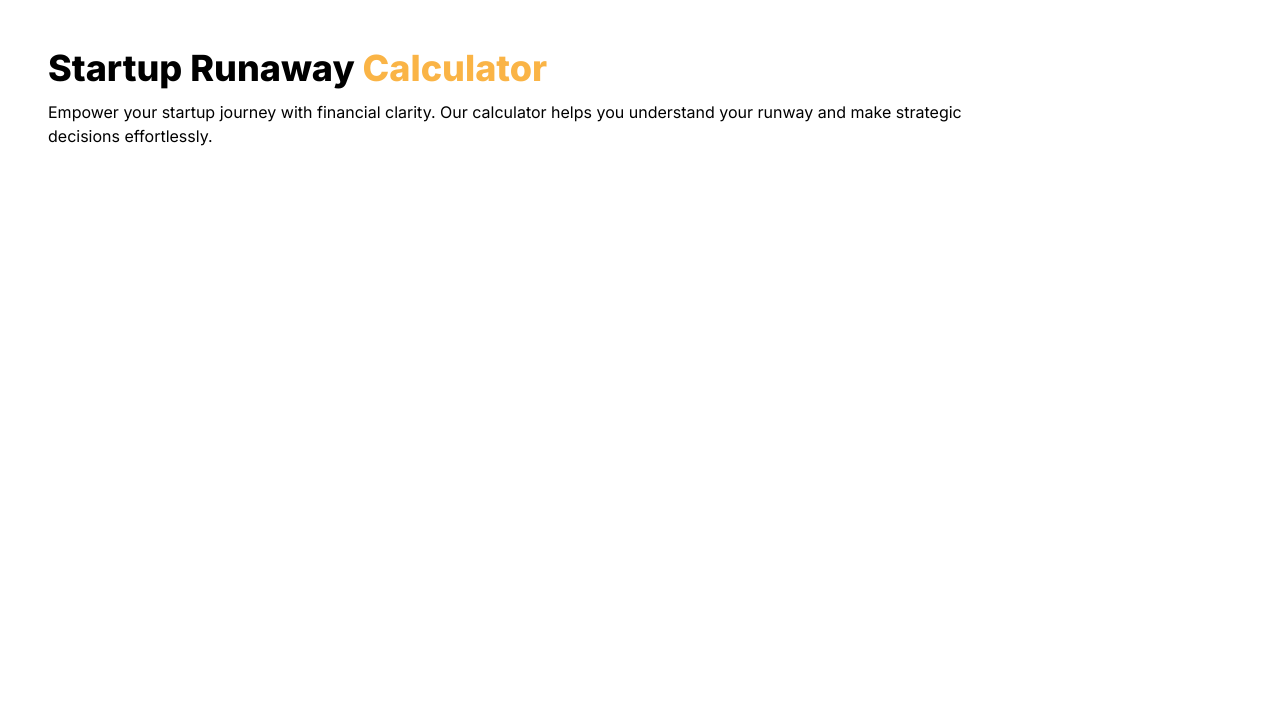
Repository: wossenF/startup-runaway-calculator
Page: /
An editor plug-in stored every save of this project. The page is shown before and after a run of saves, followed by the edit.
The browser window is 1280 px wide. The pictures show the whole page.
The project was rebuilt for these pictures with package versions that can differ from the ones it lists, and the page was loaded fresh each time. The framework's server and built-in components were replaced by stand-ins that run in the browser. Also part of the build but not shown: next.config.mjs.

Above is the page before, as saved 2024-04-11 22:53:00.

### src/app/page.tsx
"use client"
import UserInput from "../components/UserInput";
import { useState } from "react";

export default function Home() {

  return (
    <main className=" w-3/4 m-12">
      <h1 className="font-extrabold text-4xl">Startup Runaway <span className="text-[#FAB446]">Calculator</span></h1>
      <p className="mx-auto max-w-screen-md lg:max-w-screen-lg xl:max-w-screen-xl p-3 pl-0">Empower your startup journey with financial clarity. Our calculator  helps you understand your runway and make strategic decisions  effortlessly.</p>

    </main>
  );
}

### tailwind.config.ts
import type { Config } from "tailwindcss"

const config = {
  darkMode: ["class"],
  content: [
    './pages/**/*.{ts,tsx}',
    './components/**/*.{ts,tsx}',
    './app/**/*.{ts,tsx}',
    './src/**/*.{ts,tsx}',
	],
  prefix: "",
  theme: {
    container: {
      center: true,
      padding: "2rem",
      screens: {
        "2xl": "1400px",
      },
    },
    extend: {
      colors: {

        darkblue:"#13213C",
        yellow: "#FAB446",
        border: "hsl(var(--border))",
        input: "hsl(var(--input))",
        ring: "hsl(var(--ring))",
        background: "hsl(var(--background))",
        foreground: "hsl(var(--foreground))",
        primary: {
          DEFAULT: "hsl(var(--primary))",
          foreground: "hsl(var(--primary-foreground))",
        },
        secondary: {
          DEFAULT: "hsl(var(--secondary))",
          foreground: "hsl(var(--secondary-foreground))",
        },
        destructive: {
          DEFAULT: "hsl(var(--destructive))",
          foreground: "hsl(var(--destructive-foreground))",
        },
        muted: {
          DEFAULT: "hsl(var(--muted))",
          foreground: "hsl(var(--muted-foreground))",
        },
        accent: {
          DEFAULT: "hsl(var(--accent))",
          foreground: "hsl(var(--accent-foreground))",
        },
        popover: {
          DEFAULT: "hsl(var(--popover))",
          foreground: "hsl(var(--popover-foreground))",
        },
        card: {
          DEFAULT: "hsl(var(--card))",
          foreground: "hsl(var(--card-foreground))",
        },
      },
      borderRadius: {
        lg: "var(--radius)",
        md: "calc(var(--radius) - 2px)",
        sm: "calc(var(--radius) - 4px)",
      },
      keyframes: {
        "accordion-down": {
          from: { height: "0" },
          to: { height: "var(--radix-accordion-content-height)" },
        },
        "accordion-up": {
          from: { height: "var(--radix-accordion-content-height)" },
          to: { height: "0" },
        },
      },
      animation: {
        "accordion-down": "accordion-down 0.2s ease-out",
        "accordion-up": "accordion-up 0.2s ease-out",
      },
    },
  },
  plugins: [require("tailwindcss-animate"),require('flowbite/plugin')({
    charts: true,
}),
],

} satisfies Config

export default config

### src/components/UserInput.tsx
import React, { MouseEvent, useState } from "react";
import { Input } from "./ui/input";
import { Label } from "./ui/label";
import { ChevronDown } from "lucide-react";
import Result from './Result';
import {Button} from './ui/button'

const UserInput = () => {
  const inputData={
    initialCashBalance: 0,
    payRoll: 0,
    nonPayRoll: 0,
    monthlyIncome: 0,
    monthlyGrowthRate: 0,
    cogsPercentage: 0,
    fundraisingTimeline: 0,
    fundraisingAmount: 0,
    monthlyCompensation: 0,
    newHiresTimeline: 0,
    nonPayrollReduction: 0,
    nonPayrollReductionTimeline: 0

  }
  const [formData,setFormData]=useState(inputData);
  const [showCostOfGoodsSold, setShowCostOfGoodsSold] = useState(false);
  const [showFundraising, setShowFundraising] = useState(false);
  const [showHiring, setShowHiring] = useState(false);
  const [showExpenseReduction, setShowExpenseReduction] = useState(false);

  const handleInputClick = (event: MouseEvent) => {
    event.stopPropagation();
  };
  const calculate = "Calculate Runaway"
  const back = "Back to Calculator"
  const [isClicked, setIsClicked] = useState(false)
  const handleOnclick = () => {
    setIsClicked((prev) => (!prev))
  }

  return (
    <>
      <div className="grid grid-cols-1 lg:grid-cols-2 gap-10 pb-5">
        <div className="bg-secondary/50 rounded-lg p-7">
          <form className="grid gap-2">
            <Label className="font-medium text-xl">Cash Balance</Label>
            <p className="text-gray-500 text-sm">
              Current amount of cash available
            </p>
            <Input
              type="number"
              name="name"
              placeholder="Enter value"
              onChange={(e) => setFormData({...formData,initialCashBalance:parseInt(e.currentTarget.value) || 0})}
            />
            <span></span>
          </form>
        </div>

        <div className="bg-secondary/50 rounded-lg p-7 grid gap-2">
          <Label className="font-medium text-xl">Monthly Expenses</Label>
          <div className="grid grid-cols-2 gap-3 pt-1">
            <div>
              <form className="grid gap-2">
                <Label className="">Payroll</Label>
                <p className="text-gray-500 text-sm">
                  monthly payroll salaries and contractor payments
                </p>
                <Input
                  type="number"
                  name="name"
                  placeholder="Enter value"
                  onChange={(e) => setFormData({...formData,payRoll:parseInt(e.currentTarget.value) || 0})}
                />
              </form>
            </div>
            <div>
              <form className="grid gap-2">
                <Label className="">NonPayroll</Label>
                <p className="text-gray-500 text-sm">
                  expenses like marketing, travel, and equipment
                </p>
                <Input
                  type="number"
                  name="name"
                  placeholder="Enter value"
                  onChange={(e) =>
                    setFormData({ ...formData, nonPayRoll: parseInt(e.currentTarget.value) || 0 } )
                  }
                />
              </form>
            </div>
          </div>
        </div>

        <div className="bg-secondary/50 rounded-lg p-7">
          <Label className="font-medium text-xl">Income</Label>

          <form className="monthly-income grid gap-2 pt-5">
            <Label className="">Monthly Income</Label>
            <p className="text-gray-500 text-sm">
              Current amount of cash available
            </p>
            <Input
              type="number"
              name="name"
              placeholder="Enter value"
              onChange={(e) =>
                setFormData({ ...formData, monthlyIncome: parseInt(e.currentTarget.value) || 0 } )
              }
            />
          </form>

          <form className="growth-rate grid gap-2 pt-5">
            <Label>Monthly Growth Rate</Label>
            <p className="text-gray-500 text-sm">
              percentage increase in monthly revenue
            </p>
            <Input
              type="number"
              name="name"
              placeholder="Enter value"
              onChange={(e) =>
                setFormData({ ...formData, monthlyGrowthRate: parseInt(e.currentTarget.value) || 0 } )
              }
            />
          </form>
        </div>

        <div className="bg-secondary/50 rounded-lg p-7">
          <form className="grid gap-2">
            <Label className="font-medium text-xl">For best estimate</Label>
            <p className="text-gray-500 text-sm">
              Current amount of cash available
            </p>

            <div
              className="p-3 gap-20 border rounded-md cursor-pointer"
              onClick={() => setShowCostOfGoodsSold(!showCostOfGoodsSold)}
            >
              <div className="flex justify-between">
                <p>Cost of Goods Sold</p>
                <ChevronDown
                  size={20}
                  className={showCostOfGoodsSold ? "transform rotate-180" : ""}
                />
              </div>
              {showCostOfGoodsSold && (
                <div className="p-5 bg-slate-100 m-2">
                  <form className="grid gap-2">
                    <Label className="">COGS Percentage</Label>
                    <p className="text-gray-500 text-sm">
                      Percentage of revenue spent on COGS (number).
                    </p>
                    <Input
                      type="number"
                      onClick={handleInputClick}
                      name="name"
                      placeholder="Enter value"
                      onChange={(e) =>
                        setFormData({ ...formData, cogsPercentage : parseInt(e.currentTarget.value) || 0 } )
                      }
                    />
                  </form>
                </div>
              )}
            </div>

            {/* Similar blocks for Fundraising, Hiring, and Expense Reduction */}
          </form>
        </div>
      </div>
      {/* Uncomment the Button element if necessary */}
      {/* {isClicked ? <Result /> : <UserInput />}
      <Button type="submit" onClick={handleOnclick}>{isClicked ? back : calculate}</Button> */}
    </>
  );

};

export default UserInput;

### src/components/ui/input.tsx
import * as React from "react"

import { cn } from "@/lib/utils"

export interface InputProps
  extends React.InputHTMLAttributes<HTMLInputElement> {}

const Input = React.forwardRef<HTMLInputElement, InputProps>(
  ({ className, type, ...props }, ref) => {
    return (
      <input
        type={type}
        className={cn(
          "flex h-10 w-full rounded-md border border-input bg-background px-3 py-2 text-sm ring-offset-background file:border-0 file:bg-transparent file:text-sm file:font-medium placeholder:text-muted-foreground  focus-visible:outline-none  focus-visible:ring-1 focus-visible:ring-darkblue  disabled:cursor-not-allowed disabled:opacity-50",
          className
        )}
        ref={ref}
        {...props}
      />
    )
  }
)
Input.displayName = "Input"

export { Input }

### src/components/ui/label.tsx
"use client"

import * as React from "react"
import * as LabelPrimitive from "@radix-ui/react-label"
import { cva, type VariantProps } from "class-variance-authority"

import { cn } from "@/lib/utils"

const labelVariants = cva(
  "text-sm font-medium leading-none peer-disabled:cursor-not-allowed peer-disabled:opacity-70"
)

const Label = React.forwardRef<
  React.ElementRef<typeof LabelPrimitive.Root>,
  React.ComponentPropsWithoutRef<typeof LabelPrimitive.Root> &
    VariantProps<typeof labelVariants>
>(({ className, ...props }, ref) => (
  <LabelPrimitive.Root
    ref={ref}
    className={cn(labelVariants(), className)}
    {...props}
  />
))
Label.displayName = LabelPrimitive.Root.displayName

export { Label }

Loaded but not shown: src/app/layout.tsx (common file); src/app/globals.css (common file); src/lib/utils.ts (common file)

After the next 7 saves:
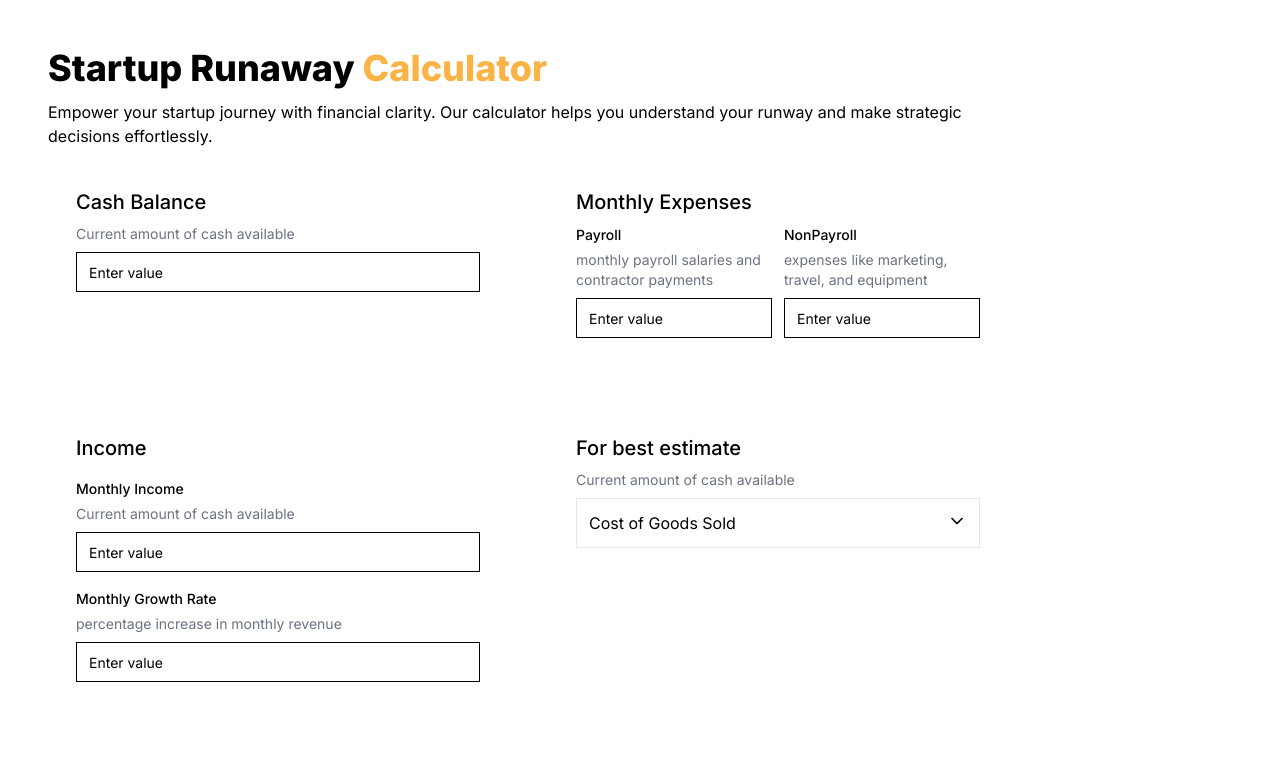
The 7 saves are shown as one change because 2 did not build or start and some came seconds apart.
The last was saved 42 s later.
--- a/src/app/page.tsx
+++ b/src/app/page.tsx
@@ -8,7 +8,7 @@ export default function Home() {
     <main className=" w-3/4 m-12">
       <h1 className="font-extrabold text-4xl">Startup Runaway <span className="text-[#FAB446]">Calculator</span></h1>
       <p className="mx-auto max-w-screen-md lg:max-w-screen-lg xl:max-w-screen-xl p-3 pl-0">Empower your startup journey with financial clarity. Our calculator  helps you understand your runway and make strategic decisions  effortlessly.</p>
-
+      <UserInput/>
     </main>
   );
 }
